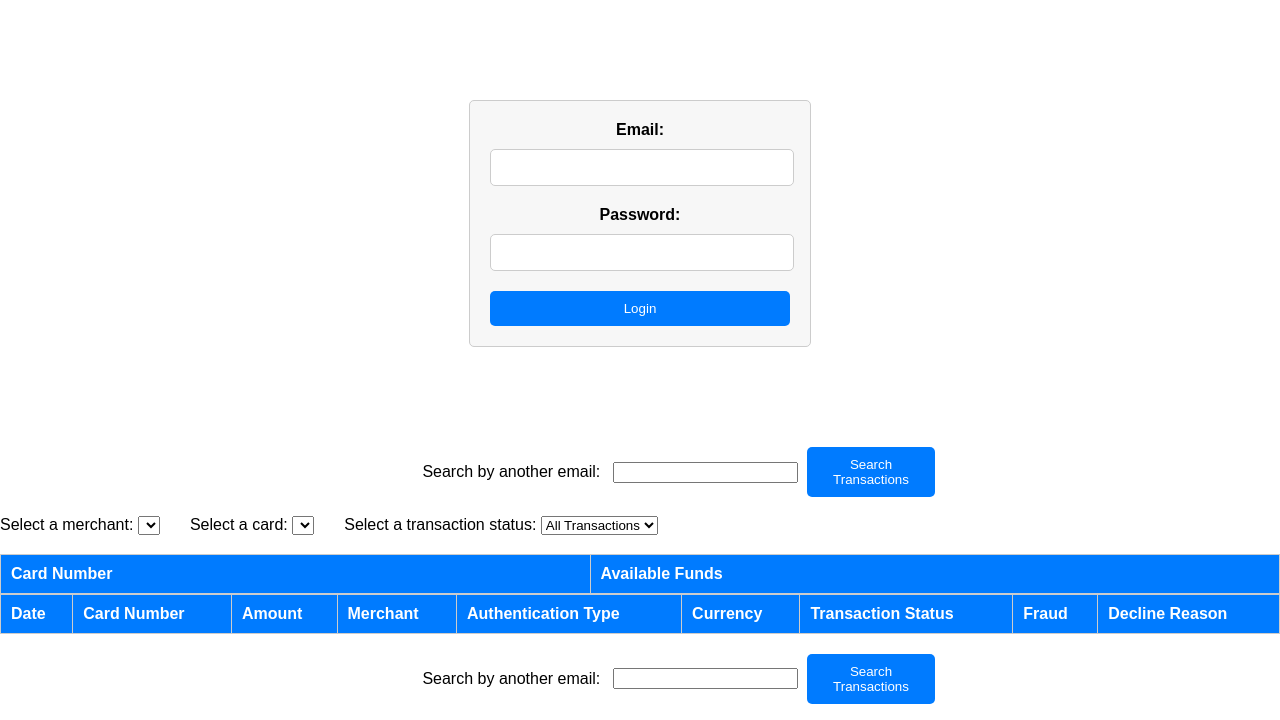
Repository: sharmista2shastry/DB-project
Page: webserver/templates/transactionhelper.html
An editor plug-in stored every save of this project. The page is shown before and after the next save, followed by the edit.
The browser window is 1280 px wide. The pictures show the whole page.
The template is drawn by Flask 3. The application's start-up code is not run. Other server files are loaded and not shown. The template is opened directly, without the code that normally fills it, so the values that code supplies are empty.

Above is the page before, as saved 2023-11-11 18:52:35.

### webserver/templates/transactionhelper.html
<!DOCTYPE html>
<html>

<head>
  <title>Transaction Helper</title>
  <link rel="stylesheet" href="{{ url_for('static', filename='transactionhelper.css') }}">
</head>

<body>

  <!-- Add form tag -->

  <div id="login-form">
    <label for="email">Email:</label>
    <input type="email" id="email" name="email" required><br>

    <label for="password">Password:</label>
    <input type="password" id="password" name="password" required><br>

    <button type="button" id="login-button">Login</button>
  </div>

  <div id="y-main-page" style="display: none;">
    <h1>Welcome back to Y!</h1>
    <button type="button" id="go-search-button">Search Transactions for a Cardholder</button>
    <button type="button" id="analytics-button">Client Analytics</button>
  </div>

  <div id="find-form" style="display: none;">
    <h1>Find transactions by email</h1>
    <label for="search-email">Email:</label>
    <input type="search-email" id="search-email" name="search-email" required><br>

    <button type="button" id="search-button">Search Transactions</button>
  </div>

    <div id="search-again">
      Search by another email:
      <input type="search-email" id="search-again-email" name="search-email" required><br>
      <button type="button" id="search-again-button">Search Transactions</button>
    </div>
    <div id="search-toggles">
      <label for="merchant-dropdown">Select a merchant:</label>
      <select id="merchant-dropdown" name="dropdown">
      </select>
      <label for="card-number-dropdown">Select a card:</label>
      <select id="card-number-dropdown" name="dropdown">
      </select>
      <label for="transaction-status-dropdown">Select a transaction status:</label>
      <select id="transaction-status-dropdown" name="dropdown">
        <option value="all">All Transactions</option>
        <option value="true">Approved</option>
        <option value="false">Not Approved</option>
      </select>
    </div>
    <div id="cardholder-details">
      <div id="cardholder-name"></div>
      <table border="1">
        <thead>
          <tr>
            <th>Card Number</th>
            <th>Available Funds</th>
          </tr>
        </thead>
        <tbody id="tbody">

        </tbody>
      </table>
    </div>
    <table border="1">
      <thead>
        <tr>
          <th>Date</th>
          <th>Card Number</th>
          <th>Amount</th>
          <th>Merchant</th>
          <th>Authentication Type</th>
          <th>Currency</th>
          <th>Transaction Status</th>
          <th>Fraud</th>
          <th>Decline Reason</th>
        </tr>
      </thead>
      <tbody id="tbody2">

      </tbody>
    </table>
    <div id="search-again-2">
      Search by another email:
      <input type="search-email" id="search-again-email-2" name="search-email" required><br>
      <button type="button" id="search-again-button-2">Search Transactions</button>
    </div>
  </div>
  <script>
    const loginButton = document.getElementById('login-button');
    const searchButton = document.getElementById('search-button');
    const searchPage = document.getElementById('find-form');
    const loginPage = document.getElementById('login-form');
    const transactionsPage = document.getElementById('transactions-table');
    const mainPage = document.getElementById('y-main-page');
    const goToSearchPage = document.getElementById('go-search-button');
    const table = document.getElementById('transactions-table');
    const tbody = document.getElementById('tbody');
    const tbody2 = document.getElementById('tbody2');
    const searchAgainButton = document.getElementById('search-again-button');
    const merchantDropdown = document.getElementById('merchant-dropdown');
    const cardNumberDropdown = document.getElementById('card-number-dropdown');
    const transactionStatusDropdown = document.getElementById('transaction-status-dropdown');

    let email = '';
    let merchants = '';
    let merchantSelected = '';
    let cardNumber = '';
    let transactionStatusSelected = '';

    let data = {
      'email': email,
      'merchantSelected': merchantSelected
    };

    let globalResponse;
    let isAdmin = false;
    loginButton.addEventListener('click', async () => {
      email = document.getElementById('email').value;
      const password = document.getElementById('password').value;

      // Send a request to the server to check if the user is an admin
      const data = {
                'email': email,
                'password': password
            };

      const apiUrl = "/baselogin";

      const response = await fetch(apiUrl, {
        method: 'POST',
        headers: {
          'Content-Type': 'application/json',
        },
        body: JSON.stringify(data),
      });

      globalResponse = await response.json();

      if (globalResponse.result.output) {
        loginPage.style.display = 'none';
        mainPage.style.display = 'block';
      } else {
        alert('Invalid email or password. Please try again.');
      }
});

    goToSearchPage.addEventListener('click', async () => {
      email = document.getElementById('email').value;
      mainPage.style.display = 'none';
      searchPage.style.display = 'block';

      let apiUrl = "/getmerchants";

      try {
        const response = await fetch(apiUrl, {
          method: 'POST',
          headers: {
            'Content-Type': 'application/json',
          },
          body: JSON.stringify(data)
        });
        if (response.ok) {
          globalResponse = await response.json(); // Store the response in the global variable
        } else {
          console.error('API call failed with status:', response.status);
        }
      } catch (error) {
        console.error('API call failed:', error);
      }
      const option = document.createElement('option');
      option.value = 'All Merchants';
      option.textContent = 'All Merchants';
      merchantDropdown.appendChild(option);
      globalResponse.result.merchant_list.forEach(item => {
        const option = document.createElement('option');
        option.value = item;
        option.textContent = item;
        merchantDropdown.appendChild(option);
      });
    });

    merchantDropdown.addEventListener('change', function () {
      // Get the selected option
      merchantSelected = merchantDropdown.options[merchantDropdown.selectedIndex].value;
      // Log the selected option value and text
      searchAgainButton.click();
    });

    cardNumberDropdown.addEventListener('change', function () {
      // Get the selected option
      cardNumber = cardNumberDropdown.options[cardNumberDropdown.selectedIndex].value;
      // Log the selected option value and text
      searchAgainButton.click();
    });

    transactionStatusDropdown.addEventListener('change', function () {
      // Get the selected option
      transactionStatusSelected = transactionStatusDropdown.options[transactionStatusDropdown.selectedIndex].value;
      // Log the selected option value and text
      searchAgainButton.click();
    });

    searchButton.addEventListener('click', async () => {
      email = document.getElementById('search-email').value;
      transactionsPage.style.display = 'none';

      if (tbody) {
        // Remove all child nodes (contents) of the tbody
        while (tbody.firstChild) {
          tbody.removeChild(tbody.firstChild);
        }
      }

      if (tbody2) {
        // Remove all child nodes (contents) of the tbody
        while (tbody2.firstChild) {
          tbody2.removeChild(tbody2.firstChild);
        }
      }

      let apiUrl = "/getCardholderDetails";

      data = {
        'email': email,
      };

      try {
        const response = await fetch(apiUrl, {
          method: 'POST',
          headers: {
            'Content-Type': 'application/json',
          },
          body: JSON.stringify(data)
        });
        if (response.ok) {
          globalResponse = await response.json(); // Store the response in the global variable
        } else {
          console.error('API call failed with status:', response.status);
        }
      } catch (error) {
        console.error('API call failed:', error);
      }
      document.getElementById('cardholder-name').innerHTML = 'Cardholder Name :' + globalResponse.result.name;
      globalResponse.result.card_list.forEach(item => {
        const row = document.createElement('tr');
        const cardNumberCell = document.createElement('td');
        cardNumberCell.textContent = item.card_number;
        const availableFundsCell = document.createElement('td');
        availableFundsCell.textContent = item.available_funds;

        row.appendChild(cardNumberCell);
        row.appendChild(availableFundsCell);

        tbody.appendChild(row);
      });

      apiUrl = "/getcards";

      try {
        const response = await fetch(apiUrl, {
          method: 'POST',
          headers: {
            'Content-Type': 'application/json',
          },
          body: JSON.stringify(data)
        });
        if (response.ok) {
          globalResponse = await response.json(); // Store the response in the global variable
        } else {
          console.error('API call failed with status:', response.status);
        }
      } catch (error) {
        console.error('API call failed:', error);
      }
      const option = document.createElement('option');
      option.value = 'All Cards';
      option.textContent = 'All Cards';
      cardNumberDropdown.appendChild(option);
      globalResponse.result.cards.forEach(item => {
        const option = document.createElement('option');
        option.value = item;
        option.textContent = item;
        cardNumberDropdown.appendChild(option);
      });

      data = {
        'email': email,
        'merchantSelected': merchantSelected,
        'cardNumber': cardNumber,
        'transactionStatus': transactionStatusSelected
      };

      searchPage.style.display = 'none';
      transactionsPage.style.display = 'block';

      apiUrl = "/gettransactions";

      try {
        const response = await fetch(apiUrl, {
          method: 'POST',
          headers: {
            'Content-Type': 'application/json',
          },
          body: JSON.stringify(data)
          // Or 'GET' or 'PUT' depending on your API
          // Add headers, body, and other options as needed
        });
        if (response.ok) {
          globalResponse = await response.json(); // Store the response in the global variable
        } else {
          console.error('API call failed with status:', response.status);
        }
        // Handle the API response here (e.g., show a success message or handle errors).
        // You can use response.json() to parse the response if it's in JSON format.
      } catch (error) {
        console.error('API call failed:', error);
      }
      globalResponse.result.output.forEach(item => {
        const row = document.createElement('tr');
        const dateCell = document.createElement('td');
        dateCell.textContent = item.transaction_timestamp;
        const cardNumberCell = document.createElement('td');
        cardNumberCell.textContent = item.card_number;
        const amountCell = document.createElement('td');
        amountCell.textContent = item.transaction_amount;
        const merchantCell = document.createElement('td');
        merchantCell.textContent = item.merchant;
        const authenticationTypeCell = document.createElement('td');
        authenticationTypeCell.textContent = item.authentication_type;
        const currencyCell = document.createElement('td');
        currencyCell.textContent = item.transaction_currency;
        const transactionStatus = document.createElement('td');
        if(item.transaction_status===true)
          transactionStatus.textContent = 'Approved';
        else
          transactionStatus.textContent = 'Not Approved ';
        const fraudCell = document.createElement('td');
        fraudCell.textContent = item.transaction_fraud;
        const declineReason = document.createElement('td');
        declineReason.textContent = item.decline_reason;

        row.appendChild(dateCell);
        row.appendChild(cardNumberCell);
        row.appendChild(amountCell);
        row.appendChild(merchantCell);
        row.appendChild(authenticationTypeCell);
        row.appendChild(currencyCell);
        row.appendChild(transactionStatus);
        row.appendChild(fraudCell);
        row.appendChild(declineReason);

        tbody.appendChild(row);
      });
    });

    searchAgainButton.addEventListener('click', async () => {
      if (document.getElementById('search-again-email').value != "")
        email = document.getElementById('search-again-email').value;
      document.getElementById('search-again-email').value = email;
      document.getElementById('search-again-email-2').value = email;
      data = {
        'email': email,
        'merchantSelected': merchantSelected,
        'cardNumber': cardNumber,
        'transactionStatus': transactionStatusSelected
      };
      transactionsPage.style.display = 'none';
      if (tbody) {
        // Remove all child nodes (contents) of the tbody
        while (tbody.firstChild) {
          tbody.removeChild(tbody.firstChild);
        }
      }
      let apiUrl = "/getCardholderDetails";

      data = {
        'email': email,
      };
      let globalResponse;

      try {
        const response = await fetch(apiUrl, {
          method: 'POST',
          headers: {
            'Content-Type': 'application/json',
          },
          body: JSON.stringify(data)
        });
        if (response.ok) {
          globalResponse = await response.json(); // Store the response in the global variable
        } else {
          console.error('API call failed with status:', response.status);
        }
      } catch (error) {
        console.error('API call failed:', error);
      }
      document.getElementById('cardholder-name').innerHTML = 'Cardholder Name :' + globalResponse.result.name;
      globalResponse.result.card_list.forEach(item => {
        const row = document.createElement('tr');
        const cardNumberCell = document.createElement('td');
        cardNumberCell.textContent = item.card_number;
        const availableFundsCell = document.createElement('td');
        availableFundsCell.textContent = item.available_funds;

        row.appendChild(cardNumberCell);
        row.appendChild(availableFundsCell);

        tbody.appendChild(row);
      });

      apiUrl = "/gettransactions";
      try {
        const response = await fetch(apiUrl, {
          method: 'POST',
          headers: {
            'Content-Type': 'application/json',
          },
          body: JSON.stringify(data)
          // Or 'GET' or 'PUT' depending on your API
          // Add headers, body, and other options as needed
        });
        if (response.ok) {
          globalResponse = await response.json(); // Store the response in the global variable
        } else {
          console.error('API call failed with status:', response.status);
        }
        // Handle the API response here (e.g., show a success message or handle errors).
        // You can use response.json() to parse the response if it's in JSON format.
      } catch (error) {
        console.error('API call failed:', error);
      }
      globalResponse.result.output.forEach(item => {
        const row = document.createElement('tr');
        const dateCell = document.createElement('td');
        dateCell.textContent = item.transaction_timestamp;
        const cardNumberCell = document.createElement('td');
        cardNumberCell.textContent = item.card_number;
        const amountCell = document.createElement('td');
        amountCell.textContent = item.transaction_amount;
        const merchantCell = document.createElement('td');
        merchantCell.textContent = item.merchant;
        const authenticationTypeCell = document.createElement('td');
        authenticationTypeCell.textContent = item.authentication_type;
        const currencyCell = document.createElement('td');
        currencyCell.textContent = item.transaction_currency;
        const transactionStatus = document.createElement('td');
        if(item.transaction_status===true)
          transactionStatus.textContent = 'Approved';
        else
          transactionStatus.textContent = 'Not Approved ';
        // transactionStatus.textContent = item.transaction_status;
        const fraudCell = document.createElement('td');
        fraudCell.textContent = item.transaction_fraud;
        const declineReason = document.createElement('td');
        declineReason.textContent = item.decline_reason;

        row.appendChild(dateCell);
        row.appendChild(cardNumberCell);
        row.appendChild(amountCell);
        row.appendChild(merchantCell);
        row.appendChild(authenticationTypeCell);
        row.appendChild(currencyCell);
        row.appendChild(transactionStatus);
        row.appendChild(fraudCell);
        row.appendChild(declineReason);

        tbody.appendChild(row);
      });
      transactionsPage.style.display = 'block';
    });

  </script>
</body>

</html>

### webserver/static/transactionhelper.css
/* Reset some default styles */
body {
    margin: 0;
    padding: 0;
    font-family: Arial, sans-serif;
  }

  /* Style the login form */
  #login-form {
    text-align: center;
    margin: 100px auto;
    width: 300px;
    padding: 20px;
    border: 1px solid #ccc;
    background-color: #f7f7f7;
    border-radius: 5px;
  }

  #login-form label {
    display: block;
    margin-bottom: 10px;
    font-weight: bold;
  }

  #login-form input {
    width: 94%;
    padding: 10px;
    margin-bottom: 20px;
    border: 1px solid #ccc;
    border-radius: 5px;
  }

  #login-button {
    display: block;
    width: 100%;
    padding: 10px;
    background-color: #007BFF;
    color: #fff;
    border: none;
    border-radius: 5px;
    cursor: pointer;
  }

  #login-button:hover {
    background-color: #0056b3;
  }

  /* Style the main page */
  #y-main-page {
    text-align: center;
    margin: 100px auto;
  }

  #y-main-page h1 {
    font-size: 24px;
    margin-bottom: 20px;
  }

  #go-search-button, #analytics-button {
    padding: 10px 20px;
    margin: 10px;
    background-color: #007BFF;
    color: #fff;
    border: none;
    border-radius: 5px;
    cursor: pointer;
  }

  #go-search-button:hover, #analytics-button:hover {
    background-color: #0056b3;
  }

  /* Style the find form */
  #find-form {
    text-align: center;
    margin: 100px auto;
    width: 300px;
  }

  #find-form h1 {
    font-size: 24px;
    margin-bottom: 20px;
    width: 102%;
  }

  #find-form label {
    display: block;
    margin-bottom: 10px;
    font-weight: bold;
  }

  #find-form input {
    width: 90%;
    padding: 10px;
    margin-bottom: 20px;
    border: 1px solid #ccc;
    border-radius: 5px;
  }

  #search-button {
    display: block;
    width: 100%;
    padding: 10px;
    background-color: #007BFF;
    color: #fff;
    border: none;
    border-radius: 5px;
    cursor: pointer;
  }

  #search-again{
    display: flex;
    margin-left: 33%;
    text-align: center;
    align-items: center;
    margin-bottom: 1.5%;
  }

  #search-toggles{
    margin-bottom: 1.5%;
  }

  #search-again-button {
    width: 15%;
    padding: 10px;
    background-color: #007BFF;
    color: #fff;
    border: none;
    border-radius: 5px;
    cursor: pointer;
    margin-left: 1%;
    display: inline-block;
  }

  #search-again-email{
    margin-left: 1.5%;
   }


  #search-again-2{
    display: flex;
    margin-left: 33%;
    text-align: center;
    align-items: center;
    margin-top: 1.5%;
  }

  #search-again-email-2{
   margin-left: 1.5%;
  }

  #search-again-button-2  {
    width: 15%;
    padding: 10px;
    background-color: #007BFF;
    color: #fff;
    border: none;
    border-radius: 5px;
    cursor: pointer;
    margin-left: 1%;
    display: inline-block;
  }

  #search-button:hover {
    background-color: #0056b3;
  }

  #merchant-dropdown{
    margin-right: 2%;
  }

  #card-number-dropdown{
    margin-right: 2%;
  }

  /* Style the transactions table */
  #transactions-table {
    text-align: center;
    margin: 20px auto;
    width: 90%;
  }

  table {
    width: 100%;
    border-collapse: collapse;
  }

  table, th, td {
    border: 1px solid #ccc;
  }

  th, td {
    padding: 10px;
    text-align: left;
  }

  thead {
    background-color: #007BFF;
    color: #fff;
  }

After the next save:
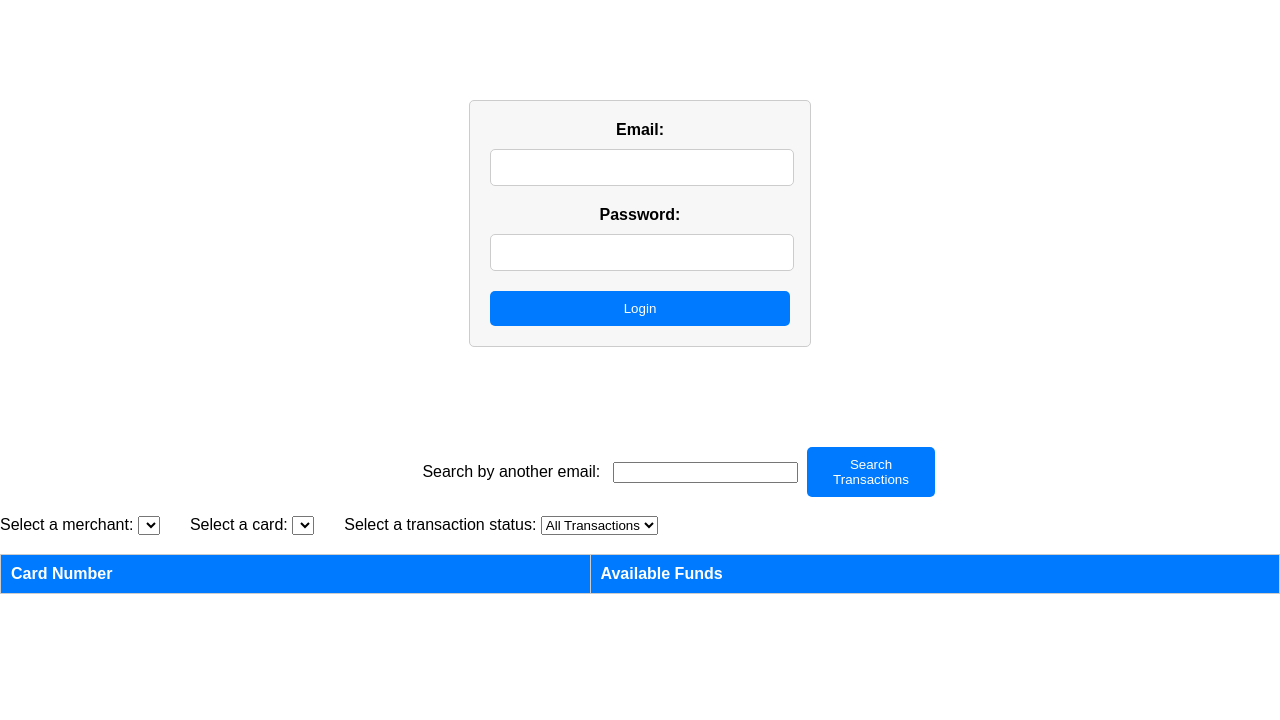
Saved 6 s later.
--- a/webserver/templates/transactionhelper.html
+++ b/webserver/templates/transactionhelper.html
@@ -67,6 +67,8 @@
         </tbody>
       </table>
     </div>
+    <div id="transactions-table" style="display: none;">
+
     <table border="1">
       <thead>
         <tr>
